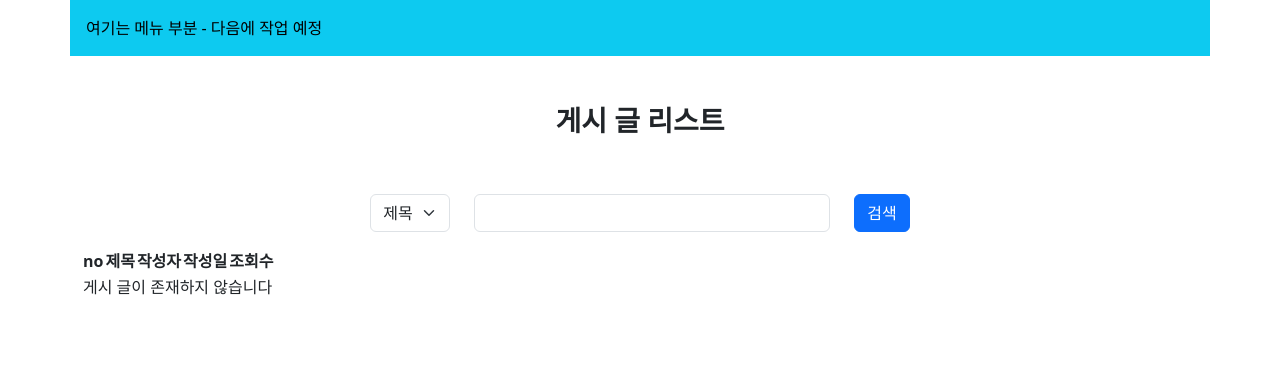
Repository: lopanghub/git_study
Page: http://localhost/JSPClassCh06/WEB-INF/board/boardList.jsp
An editor plug-in stored every save of this project. The page is shown before and after the next save, followed by the edit.
The browser window is 1280 px wide. The pictures show the whole page.
The page is served by Tomcat 9. Nobody is signed in. The template is opened directly, without the code that normally fills it, so the values that code supplies are empty.

Above is the page before, as saved 2024-04-09 05:04:14.

After the next save:
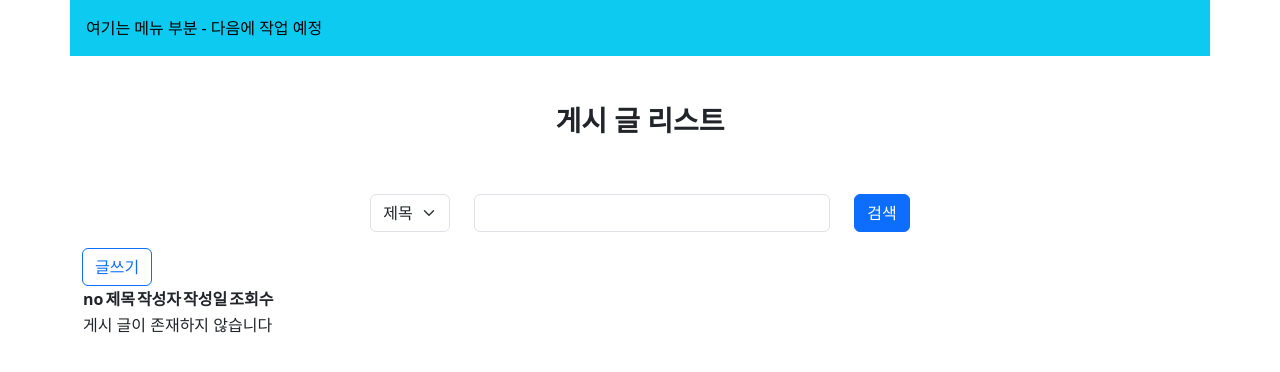
Saved 35 min 8 s later.
--- a/JSPStudy/JSPClassCh06/src/main/webapp/WEB-INF/board/boardList.jsp
+++ b/JSPStudy/JSPClassCh06/src/main/webapp/WEB-INF/board/boardList.jsp
@@ -46,6 +46,12 @@
 				<input type="submit" class="btn btn-primary" value="검색">
 			</div>
 		</form>
+		<div class="row">
+			<div class="col">
+				<a href="writeForm" class="btn btn-outline-primary">글쓰기</a>
+			</div>
+		</div>
+
 		<table>
 			<tr>
 				<th>no</th>
